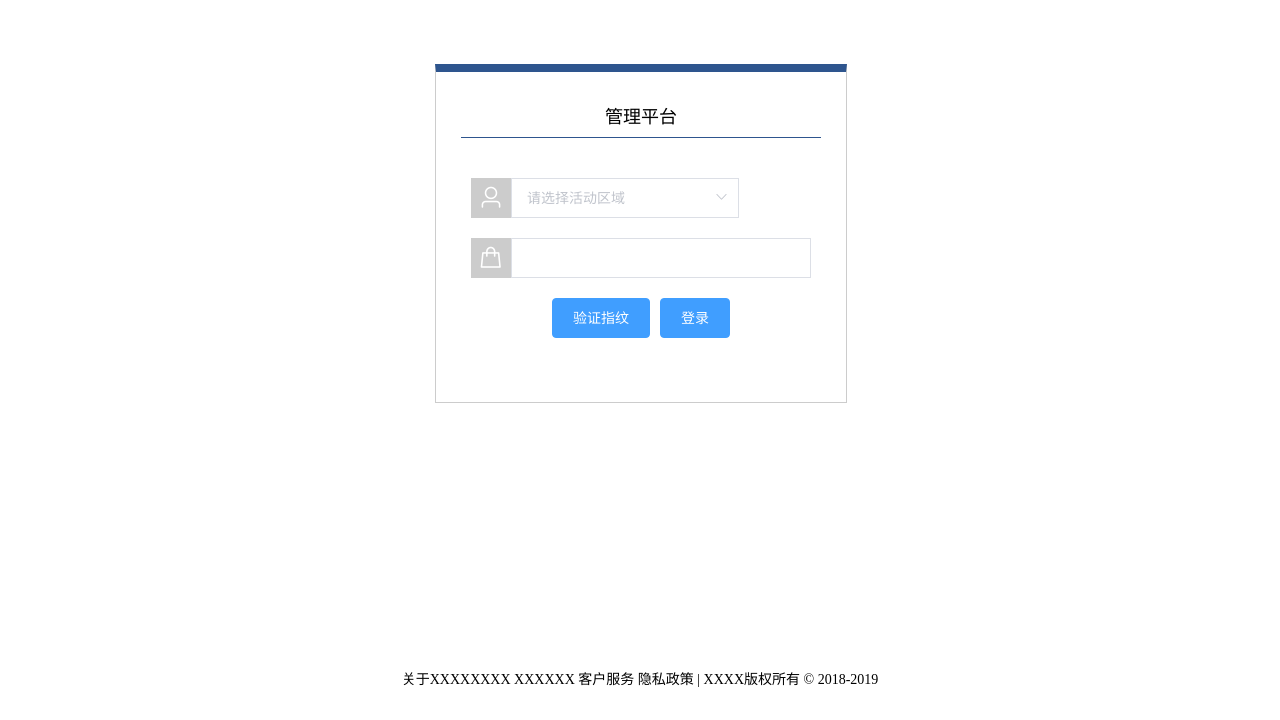
Repository: lff528/man_system
Page: /
An editor plug-in stored every save of this project. The page is shown before and after the next save, followed by the edit.
The browser window is 1280 px wide. The pictures show the whole page.
The project was rebuilt for these pictures with package versions that can differ from the ones it lists, and the page was loaded fresh each time.

Above is the page before, as saved 2020-01-03 13:39:42.

After the next save:
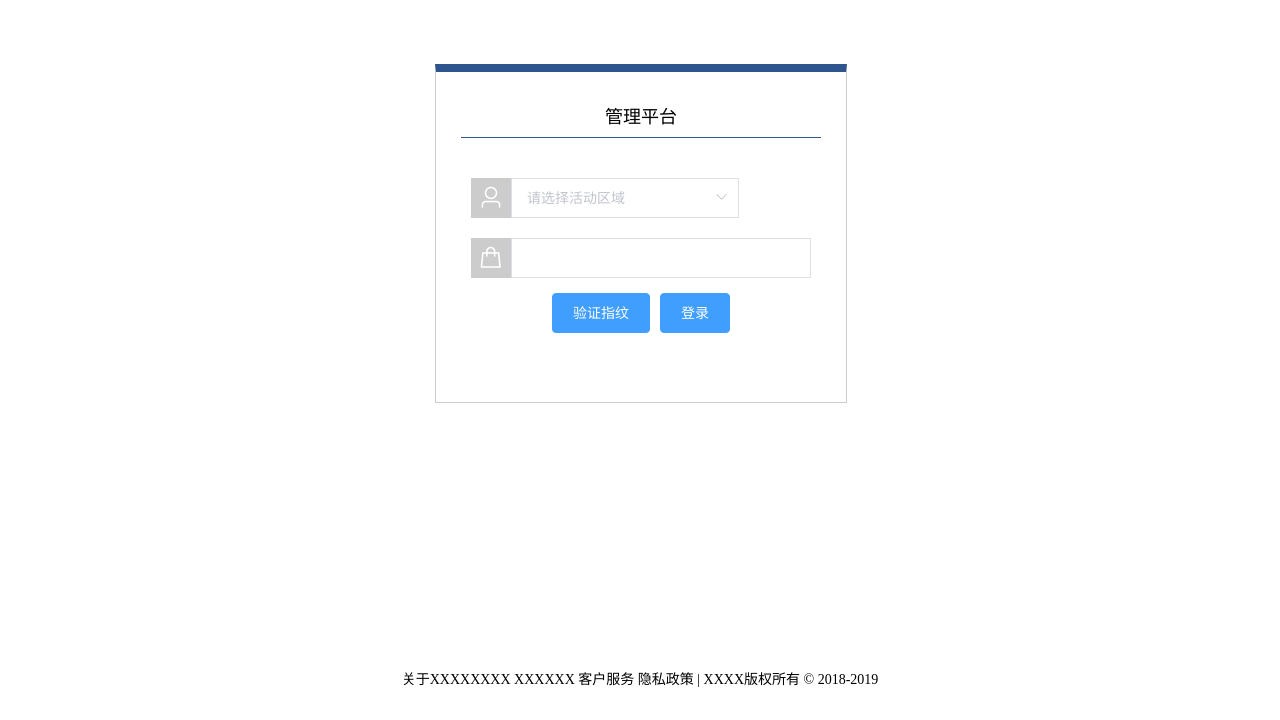
Saved 18 s later.
--- a/src/components/login/index.vue
+++ b/src/components/login/index.vue
@@ -109,6 +109,7 @@ export default {
             p:last-child{
               display: flex;
               justify-content: center;
+              margin-top: 15px;
             }
           }
         }
